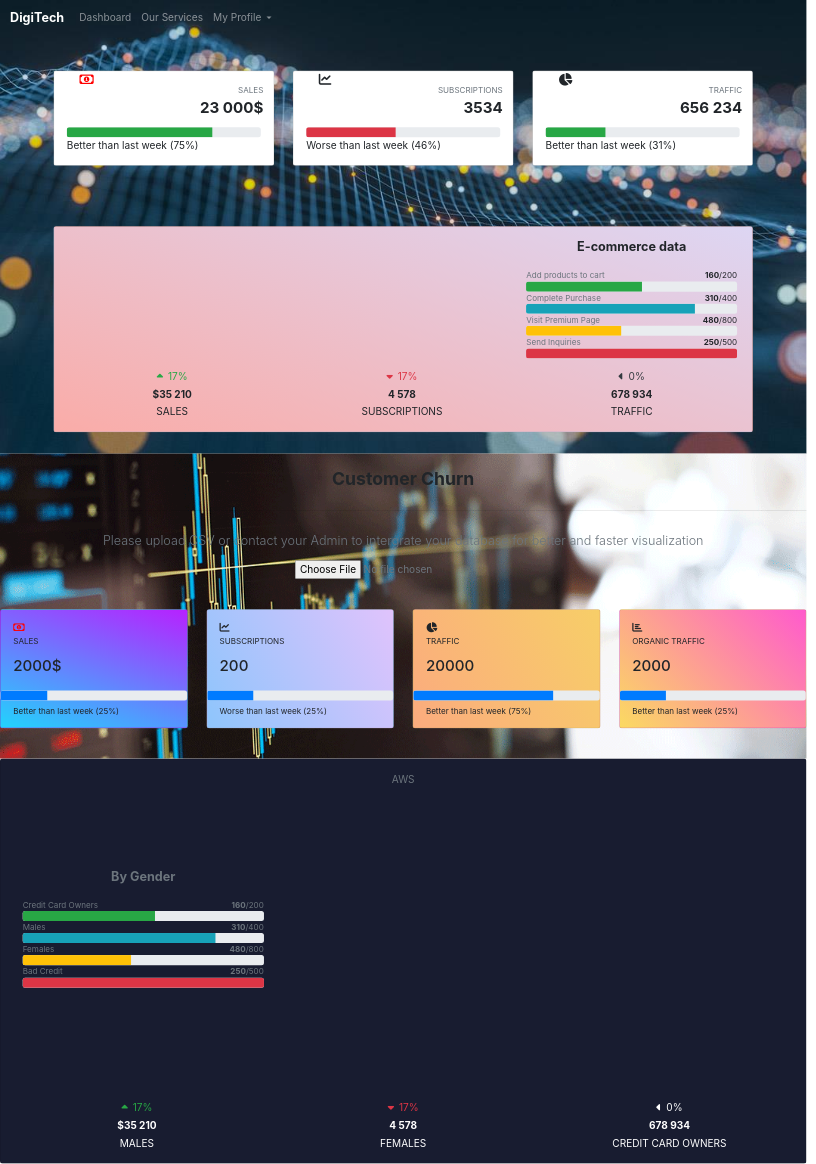
Repository: Tookliin/DigiTech
Page: /data
These files come from the project's save history. The page is drawn as it stood at one moment and after the next save; the edit follows.
The browser window is 1280 px wide. The page is 1295 px wide, so the pictures cover 1295 px, including what lies to the right of the window. The pictures show the whole page, at 63% of full size.
The project was rebuilt for these pictures with package versions that can differ from the ones it lists, and the page was loaded fresh each time. Also part of the build but not shown: src/components/Dashboard.vue, src/components/Profile.vue, src/components/Error.vue, src/components/Register.vue.

Above is the page before, as saved 2020-07-22 08:51:13.

After the next save:
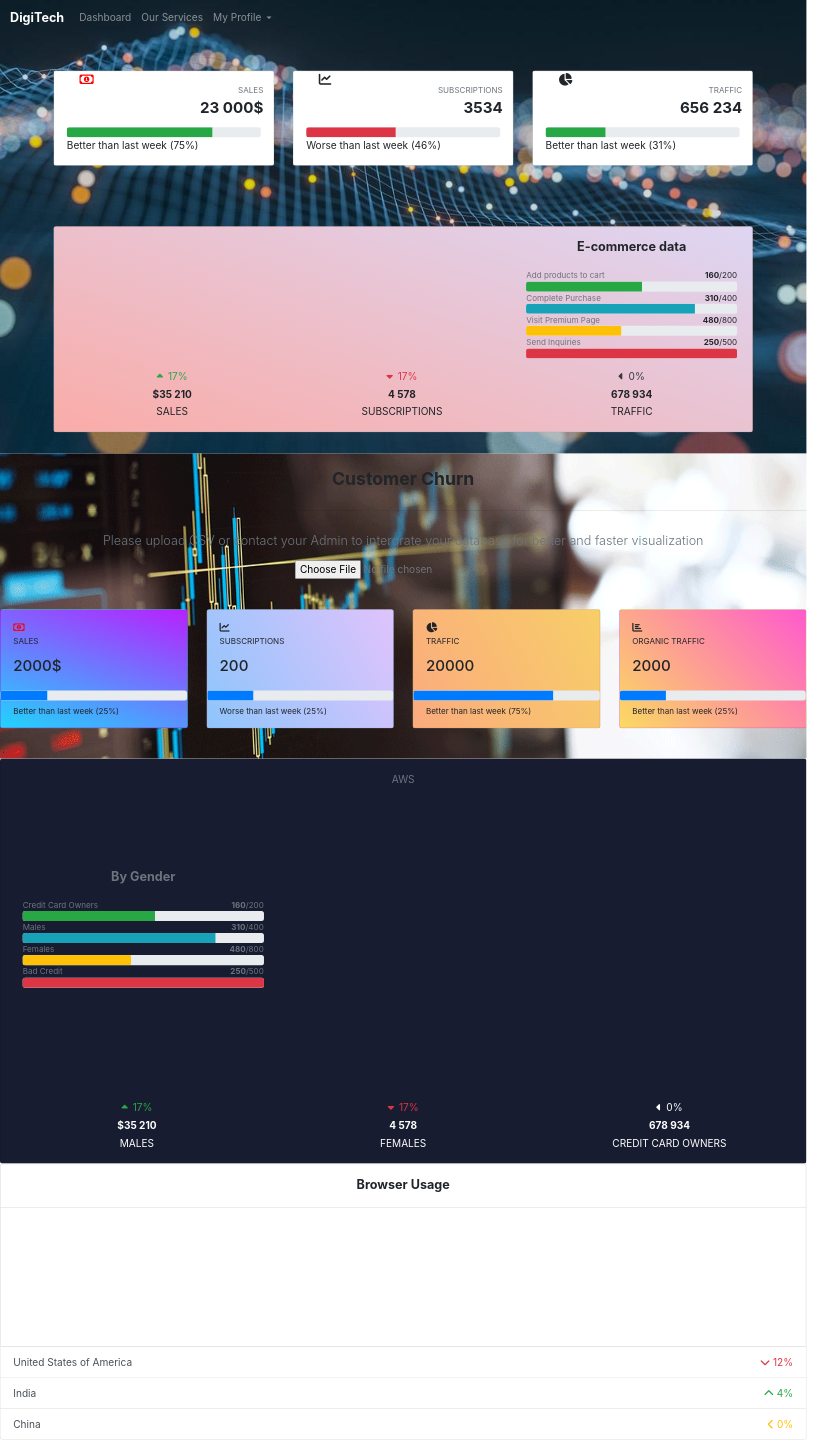
Saved 55 s later.
--- a/src/components/Organization.vue
+++ b/src/components/Organization.vue
@@ -307,7 +307,51 @@
       </div>
     </div>
   </section>
-
+ <section>
+
+    <div class="card">
+      <div class="card-body px-0 pb-0">
+
+        <h5 class="text-center font-weight-bold mb-4">Browser Usage</h5>
+
+        <hr>
+
+        <!--Grid row-->
+        <div class="row mt-3 pt-3">
+
+          <!--Grid column-->
+          <div class="col-md-6 mb-4 mb-md-0 mx-auto">
+
+            <canvas id="doughnutChart"></canvas>
+
+          </div>
+          <!--Grid column-->
+
+          <!--Grid column-->
+          <div class="col-12 pt-4 mt-2 mb-4 mb-md-0 mx-auto">
+
+            <div class="list-group">
+              <a href="#!" class="list-group-item list-group-item-action rounded-0 border-left-0 border-right-0 d-flex justify-content-between align-items-center">United States of America
+                <span class="text-danger"><i class="fas fa-chevron-down"></i> 12%</span>
+              </a>
+              <a href="#!" class="list-group-item list-group-item-action rounded-0 border-left-0 border-right-0 d-flex justify-content-between align-items-center">India
+                <span class="text-success"><i class="fas fa-chevron-up"></i> 4%</span>
+              </a>
+              <a href="#!" class="list-group-item list-group-item-action border-bottom-0 border-left-0 border-right-0 rounded-bottom-left rounded-bottom-right d-flex justify-content-between align-items-center">China
+                <span class="text-warning"><i class="fas fa-chevron-left"></i> 0%</span>
+              </a>
+            </div>
+
+          </div>
+          <!--Grid column-->
+
+        </div>
+        <!--Grid row-->
+
+      </div>
+    </div>
+
+  </section>
 
 
     </div>
